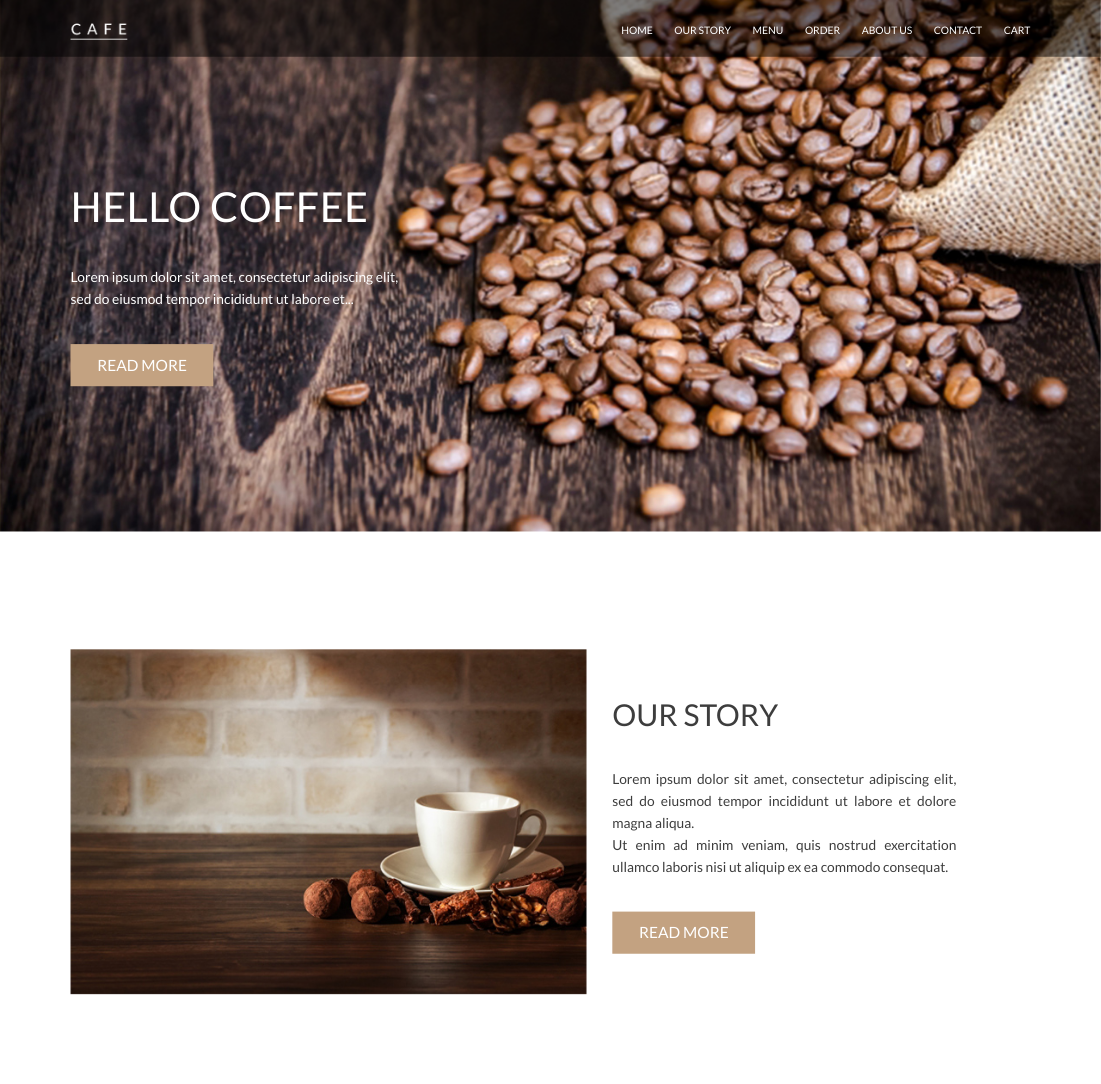
Repository: kuluong2000/coffe
Page: index.html
These files come from the project's save history. The page is drawn as it stood at one moment and after the next save; the edit follows.
The browser window is 1280 px wide. The pictures show the whole page, at 86% of full size.

Above is the page before, as saved 2021-10-04 21:19:39.

### index.html
<!DOCTYPE html>
<html lang="en">
  <head>
    <meta charset="UTF-8" />
    <meta http-equiv="X-UA-Compatible" content="IE=edge" />
    <meta name="viewport" content="width=device-width, initial-scale=1.0" />
    <link rel="stylesheet" href="./libs/css/bootstrap.min.css" />
    <link rel="stylesheet" href="./libs/css/animate.css" />
    <link rel="stylesheet" href="./libs/css/slick-theme.css" />
    <link rel="stylesheet" href="./libs/css/slick.css" />
    <link rel="stylesheet" href="./Assets/css/reset.css" />
    <link rel="stylesheet" href="./Assets/css/style.css" />
    <link rel="stylesheet" href="./Assets/css/responsive.css" />
    <title>Document</title>
  </head>
  <body>
    <header class="header">
      <div class="container">
        <div class="row">
          <div class="header-main">
            <div class="header-menu">
              <a href="#">
                <img src="./Assets/image/logo.png" alt="" srcset="" />
              </a>
            </div>
            <nav>
              <ul class="header-menu">
                <li class="header-menu-item"><a href="#" class="header-menu-link">Home</a></li>
                <li class="header-menu-item"><a href="#" class="header-menu-link">Our Story</a></li>
                <li class="header-menu-item"><a href="#" class="header-menu-link">Menu</a></li>
                <li class="header-menu-item"><a href="#" class="header-menu-link">Order</a></li>
                <li class="header-menu-item"><a href="#" class="header-menu-link">About Us</a></li>
                <li class="header-menu-item"><a href="#" class="header-menu-link">Contact</a></li>
                <li class="header-menu-item"><a href="#" class="header-menu-link">Cart</a></li>
              </ul>
            </nav>
          </div>
        </div>
      </div>
    </header>
    <main>
      <section class="banner">
        <div class="banner-img">
          <img src="./Assets/image/banner.jpg" alt="" srcset="" />
        </div>
        <div class="container">
          <div class="row">
            <div class="banner-main">
              <div class="banner-content">
                <h1 class="banner-heading">HELLO COFFEE</h1>
                <p class="banner-desc">Lorem ipsum dolor sit amet, consectetur adipiscing elit, sed do eiusmod tempor incididunt ut labore et...</p>
                <a href="#" class="btn"> Read More </a>
              </div>
            </div>
          </div>
        </div>
      </section>
      <section class="story">
        <div class="container">
          <div class="row">
            <div class="story-main">
              <div class="story-image">
                <img src="./Assets/image/story.jpg" alt="" />
              </div>
              <div class="story-info">
                <div class="story-title">Our Story</div>
                <p class="story-desc">
                  Lorem ipsum dolor sit amet, consectetur adipiscing elit, sed do eiusmod tempor incididunt ut labore et dolore magna aliqua.
                  <br />
                  Ut enim ad minim veniam, quis nostrud exercitation ullamco laboris nisi ut aliquip ex ea commodo consequat.
                </p>
                <a href="#" class="btn">Read More</a>
              </div>
            </div>
          </div>
        </div>
      </section>
    </main>

    <script src="./libs/Js/jquery-3.5.1.slim.min.js"></script>
    <script src="./libs/Js/bootstrap.min.js"></script>
    <script src="./libs/Js/slick.min.js"></script>
    <script src="./libs/Js/wow.js"></script>
  </body>
</html>

### Assets/css/reset.css
html, body, div, span, applet, object, iframe,
h1, h2, h3, h4, h5, h6, p, blockquote, pre,
a, abbr, acronym, address, big, cite, code,
del, dfn, em, img, ins, kbd, q, s, samp,
small, strike, strong, sub, sup, tt, var,
b, u, i, center,
dl, dt, dd, ol, ul, li,
fieldset, form, label, legend,
table, caption, tbody, tfoot, thead, tr, th, td,
article, aside, canvas, details, embed,
figure, figcaption, footer, header, hgroup,
menu, nav, output, ruby, section, summary,
time, mark, audio, video {
	margin: 0;
	padding: 0;
	border: 0;
	font-size: 100%;
	vertical-align: baseline;
}
/* HTML5 display-role reset for older browsers */
article, aside, details, figcaption, figure,
footer, header, hgroup, menu, nav, section {
	display: block;
}
* {
	box-sizing: border-box;
}
body {
	line-height: 1;
  font-family: 'Muli', sans-serif;


  font-style: normal;
  font-weight: normal;
  font-size: 16px;
  line-height: 32px;
}
ol, ul {
	list-style: none;
}
blockquote, q {
	quotes: none;
}
blockquote:before, blockquote:after,
q:before, q:after {
	content: '';
	content: none;
}
table {
	border-collapse: collapse;
	border-spacing: 0;
}

img {
  max-width: 100%;
	vertical-align: bottom;
}
a {
	outline: none;
}

### Assets/css/style.css
@import url('https://fonts.googleapis.com/css2?family=Lato:ital,wght@0,400;0,700;0,900;1,300;1,400;1,700;1,900&display=swap');
body{
    font-family: 'Lato', sans-serif;
    font-size: 16px;
    line-height: 1.6;
    color: #3d3d3d;
    font-weight: 400;
}
.header{
    position: absolute;
    width: 100%;
    background-color: rgba(0,0,0 , 0.5);
    padding: 20px 0 20px;
    z-index: 99;
}
.header-main{
    display:flex;
    justify-content: space-between;
    align-items: center;
}
.header-menu{
    display:flex;
    justify-content: space-between;
    align-items: center;
}
.header-menu-item{
    list-style-type: none;
}
.header-menu-item:not(:first-child){
    margin-left: 25px;
}
.header-menu-link{
    position: relative;
    color: white;
    text-transform: uppercase;
    text-decoration: none;
    font-size: 12px;
    padding-bottom: 7px;

}
.header-menu-link::before{
    content: '';
    position: absolute;
    bottom: 0;
    left:  0;
    height: 2px;
    width: 100%;
    background-color: #c3a281;
    transform: scale(0);
    transition: 0.5s;
    transform-origin: right;
}
.header-menu-link:hover,
.header-menu-link:hover::before{
    color: #c3a281;
    transform: scale(1);
}
.banner{
    position: relative;
    min-height: 660px;
}
.banner-img{
    position: relative;
    z-index: -1;
    object-fit: cover;
    width: 100%;
}
.banner-img img{
    width: 100%;
}

.banner-main{
    position: absolute;
    left: auto;
    top: 50%;
    transform: translateY(-50%);
    color: white;
    width: max-content;

}

.banner-heading{
    font-weight: 400;
    font-size: 48px;
    letter-spacing: 0.5px;
    margin-bottom: 40px;
}
.banner-desc{
    width: 390px;
    margin-bottom: 40px;
}
.btn{
    font-size: 18px;
    color: white;
    font-weight: 400;
    padding: 10px 30px;
    background-color: #c3a281;
    border-radius: 0%;
    text-transform: uppercase;
}
.btn:hover{
    color: white;
}
.story{
    padding-top: 95px;
    min-height: 600px;
}
.story-main{
    display:flex;

    align-items: center;
}
.story-image{
    min-width: 600px;
    height: 100%;
    object-fit: cover;
}
.story-image img{
    width: 100%;
    height: 100%;
}
.story-info{
    margin-left: 30px;
}
.story-title{
    font-size: 35px;
    margin-bottom: 35px;
    text-transform: uppercase;
}
.story-desc{
    text-align: justify;
    max-width: 400px;
    margin-bottom: 40px;
}

### Assets/css/responsive.css
@media (min-width:1400px){
    .container{
        max-width: 1170px;
    }
}

Loaded but not shown: libs/css/bootstrap.min.css (library); libs/css/animate.css (library); libs/css/slick-theme.css (library); libs/css/slick.css (common file); libs/Js/jquery-3.5.1.slim.min.js (library); libs/Js/bootstrap.min.js (library); libs/Js/slick.min.js (library); libs/Js/wow.js (library)

After the next save:
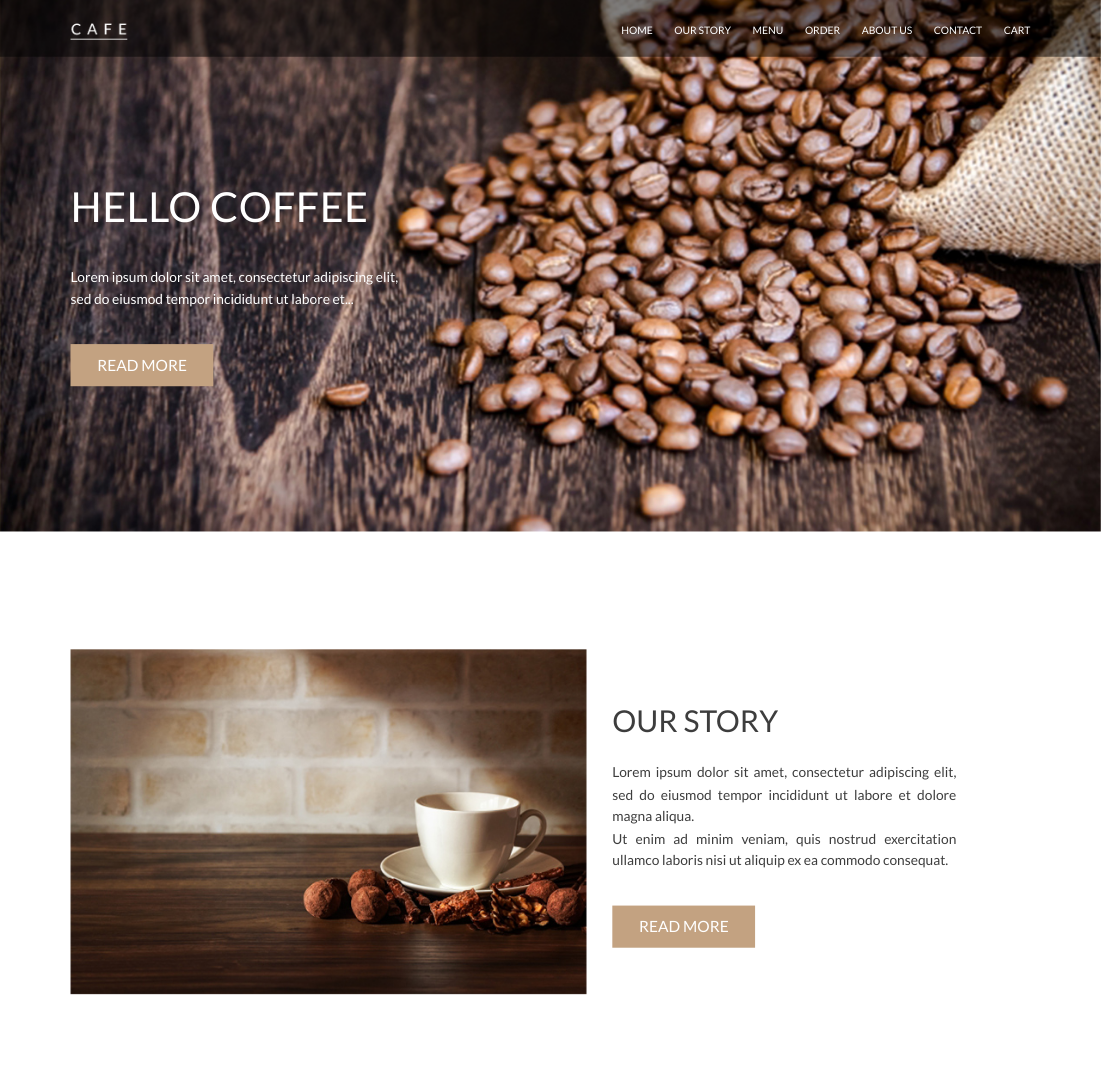
Saved 44 s later.
--- a/Assets/css/style.css
+++ b/Assets/css/style.css
@@ -124,7 +124,7 @@ body{
 }
 .story-title{
     font-size: 35px;
-    margin-bottom: 35px;
+    margin-bottom: 20px;
     text-transform: uppercase;
 }
 .story-desc{
